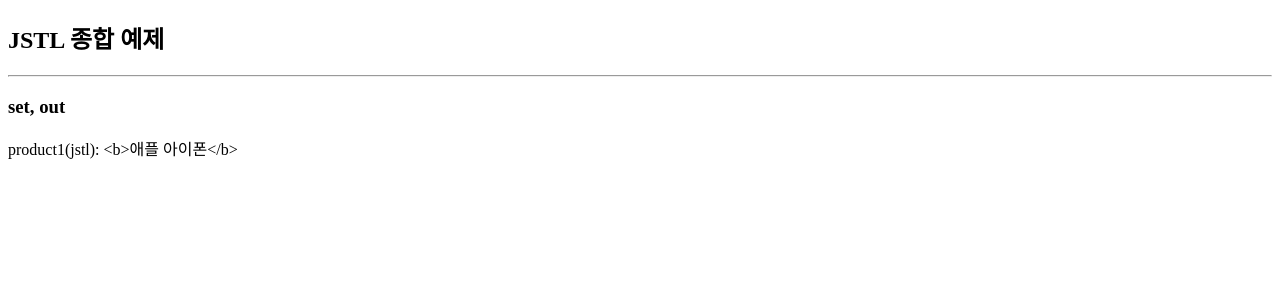
Repository: VvsJaemin/jsp-spring
Page: http://localhost/jwbook/ch07/jstlExam.jsp
An editor plug-in stored every save of this project. The page is shown before and after the next save, followed by the edit.
The browser window is 1280 px wide. The pictures show the whole page.
The page is served by Tomcat 9. Other server files are loaded and not shown.

Above is the page before, as saved 2021-12-20 13:32:19.

### jwbook/src/main/webapp/ch07/jstlExam.jsp
<%@ page language="java" contentType="text/html; charset=UTF-8"
	pageEncoding="UTF-8"%>
<%@ taglib uri="http://java.sun.com/jsp/jstl/core" prefix="c"%>
<!DOCTYPE html>
<html>
<head>
<meta charset="UTF-8">
<title>Insert title here</title>
</head>
<body>
	<h2>JSTL 종합 예제</h2>
	<hr>
	<h3>set, out</h3>
	<c:set var="product1" value="<b>애플 아이폰</b>" />
	<c:set var="product2" value="삼성 갤럭시 노트" />
	<c:set var="intArray" value="${[1,2,3,4,5] }" />

	<p>
		product1(jstl):
		<c:out value="${product1 }" default="Not registered" escapeXml="true"/>
	</p>
</body>
</html>

After the next save:
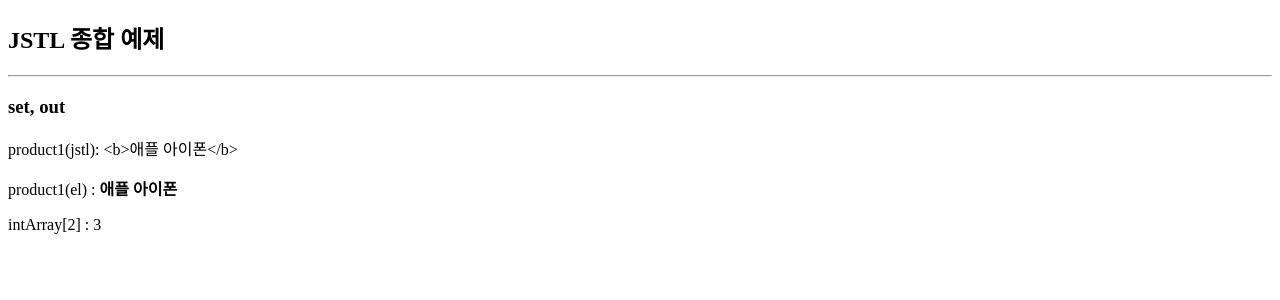
Saved 86 s later.
--- a/jwbook/src/main/webapp/ch07/jstlExam.jsp
+++ b/jwbook/src/main/webapp/ch07/jstlExam.jsp
@@ -19,5 +19,13 @@
 		product1(jstl):
 		<c:out value="${product1 }" default="Not registered" escapeXml="true"/>
 	</p>
+
+	<p>
+		product1(el) : ${product1 }
+	</p>
+
+	<p>
+		intArray[2] : ${intArray[2]}
+	</p>
 </body>
 </html>
